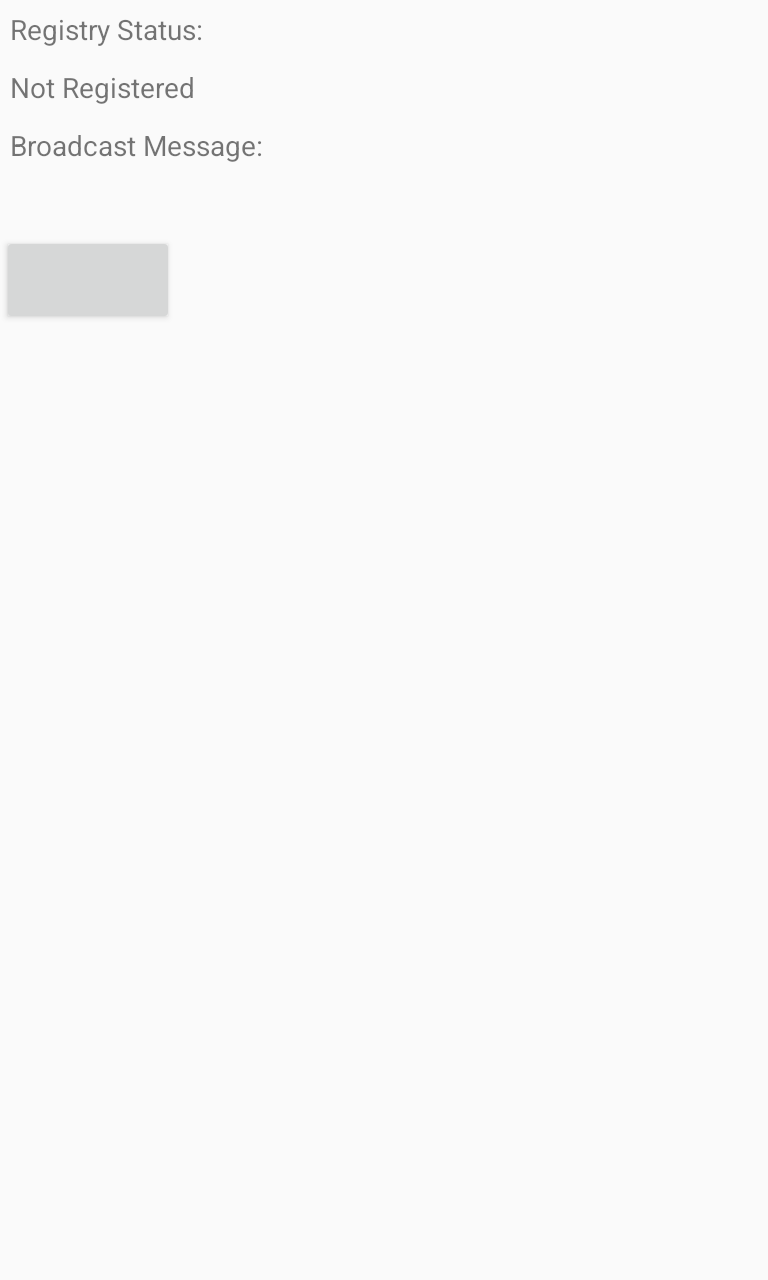
Repository: AlanTai/prjAppIntegration
Layout: prjCandyHouse/res/layout/activity_main.xml
These files come from the project's save history. The layout is drawn as it stood at one moment and after the next save; the edit follows.
It is drawn on a 768 x 1280 px phone screen (xhdpi) without system bars, with theme AppTheme; the app's code is not run.

Above is the layout before, as saved 2014-11-07 05:23:38.

### prjCandyHouse/res/layout/activity_main.xml
<LinearLayout
    xmlns:android="http://schemas.android.com/apk/res/android"
    xmlns:tools="http://schemas.android.com/tools"
    android:layout_width="match_parent"
    android:layout_height="match_parent"
    android:orientation="vertical">

    <TextView
        android:id="@+id/tvRegStatus"
        android:layout_width="match_parent"
        android:layout_height="wrap_content"
        android:padding="5dp"
        android:text="@string/registryStatus" />

    <TextView
        android:id="@+id/tvRegStatusResult"
        android:layout_width="match_parent"
        android:layout_height="wrap_content"
        android:padding="5dp"
        android:text="@string/registryStatusResult"/>

    <TextView
        android:id="@+id/tvMessageLabel"
        android:layout_width="match_parent"
        android:layout_height="wrap_content"
        android:padding="5dp"
        android:text="@string/broadcastLabel"/>

    <TextView
        android:id="@+id/tvMessage"
        android:layout_width="match_parent"
        android:layout_height="wrap_content"
        android:padding="5dp"
        android:text="@string/broadcastResult"/>

    <Button
        android:id="@+id/btnSubmitRegId"
        android:layout_width="wrap_content"
        android:layout_height="wrap_content"
        android:text="@string/btnSubmitRegId"/>

</LinearLayout>

### prjCandyHouse/res/values/strings.xml
<?xml version="1.0" encoding="utf-8"?>
<resources>

    <string name="app_name">appCandyHouse</string>
    <string name="hello_world">Hello world!</string>
    <string name="action_settings">Settings</string>

    <string name="registryStatus">Registry Status:</string>
    <string name="registryStatusResult">Not Registered</string>
    <string name="broadcastLabel">Broadcast Message:</string>
    <string name="broadcastResult"></string>
    <string name="btnSubmitRegId"></string>

</resources>

Loaded but not shown: prjCandyHouse/res/values/styles.xml (common file); prjCandyHouse/res/values-v11/styles.xml (common file); prjCandyHouse/res/values-v14/styles.xml (common file)

After the next save:
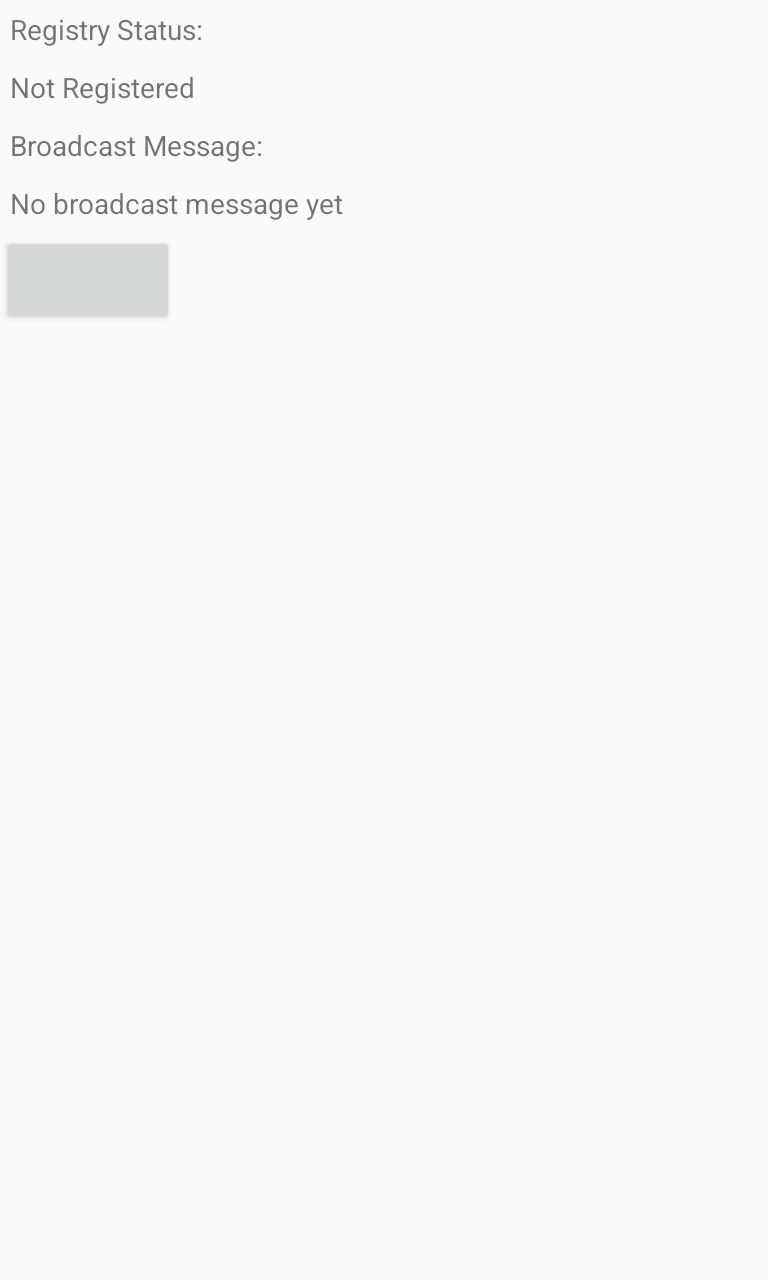
Saved 16 s later.
--- a/prjCandyHouse/res/values/strings.xml
+++ b/prjCandyHouse/res/values/strings.xml
@@ -8,7 +8,7 @@
     <string name="registryStatus">Registry Status:</string>
     <string name="registryStatusResult">Not Registered</string>
     <string name="broadcastLabel">Broadcast Message:</string>
-    <string name="broadcastResult"></string>
+    <string name="broadcastResult">No broadcast message yet</string>
     <string name="btnSubmitRegId"></string>
 
 </resources>
